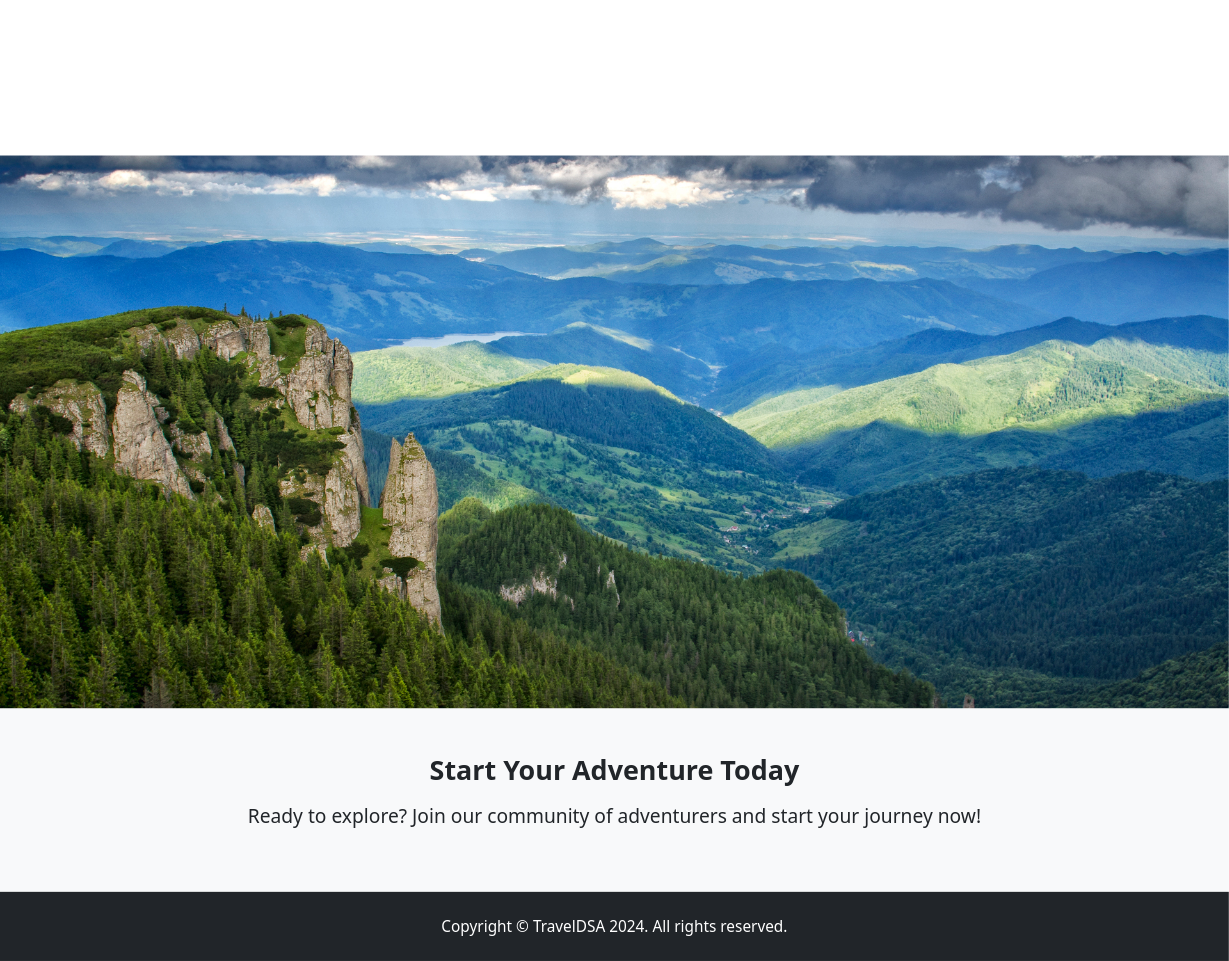
Repository: bettowww/TravelDSA
Page: /home
These files come from the project's save history. The page is drawn as it stood at one moment and after the next save; the edit follows.
The browser window is 1280 px wide. The pictures show the whole page, at 96% of full size.
The project was rebuilt for these pictures with package versions that can differ from the ones it lists, and the page was loaded fresh each time. The framework's server and built-in components were replaced by stand-ins that run in the browser. Also part of the build but not shown: next.config.mjs.

Above is the page before, as saved 2024-12-10 14:03:25.

### app/home/page.jsx
"use client";

// import React, { useState } from "react";
// import { useRouter } from "next/navigation";

import "../../styles/home.css"; // Importă stilurile CSS
import "bootstrap/dist/css/bootstrap.min.css"; // Import Bootstrap CSS

const HomePage = () => {
  // const router = useRouter(); // Pentru navigare

  return (
    <div>
      {/* Header Section */}
      <header>
        <div className="text-center my-5">
          <h1 className="text-white fs-3 fw-bolder">
            Welcome to TravelDSA
          </h1>
          <p className="text-white-50 mb-0">
            Your trusted travel companion for exploring the world.
          </p>
        </div>
      </header>

      {/*Picture section */}
      <section
        style={{
          backgroundImage: `url("/pictures/homepage.jpg")`,
          backgroundSize: "cover",
          backgroundPosition: "center",
          backgroundRepeat: "no-repeat",
          minHeight: "80vh", // Ensure the section spans at least the full height of the viewport
        }}
      >
      </section>


      {/* Call to Action Section */}
      <section className="py-5 bg-light">
        <div className="container text-center">
          <h3 className="fw-bold mb-3">Start Your Adventure Today</h3>
          <p className="lead">
            Ready to explore? Join our community of adventurers and start your
            journey now!
          </p>
        </div>
      </section>

      {/* Footer */}
      <footer className="py-4 bg-dark">
        <div className="container">
          <p className="m-0 text-center text-white">
            Copyright &copy; TravelDSA 2024. All rights reserved.
          </p>
        </div>
      </footer>
    </div>
  );
};

export default HomePage;

Loaded but not shown: styles/home.css (library)

After the next save:
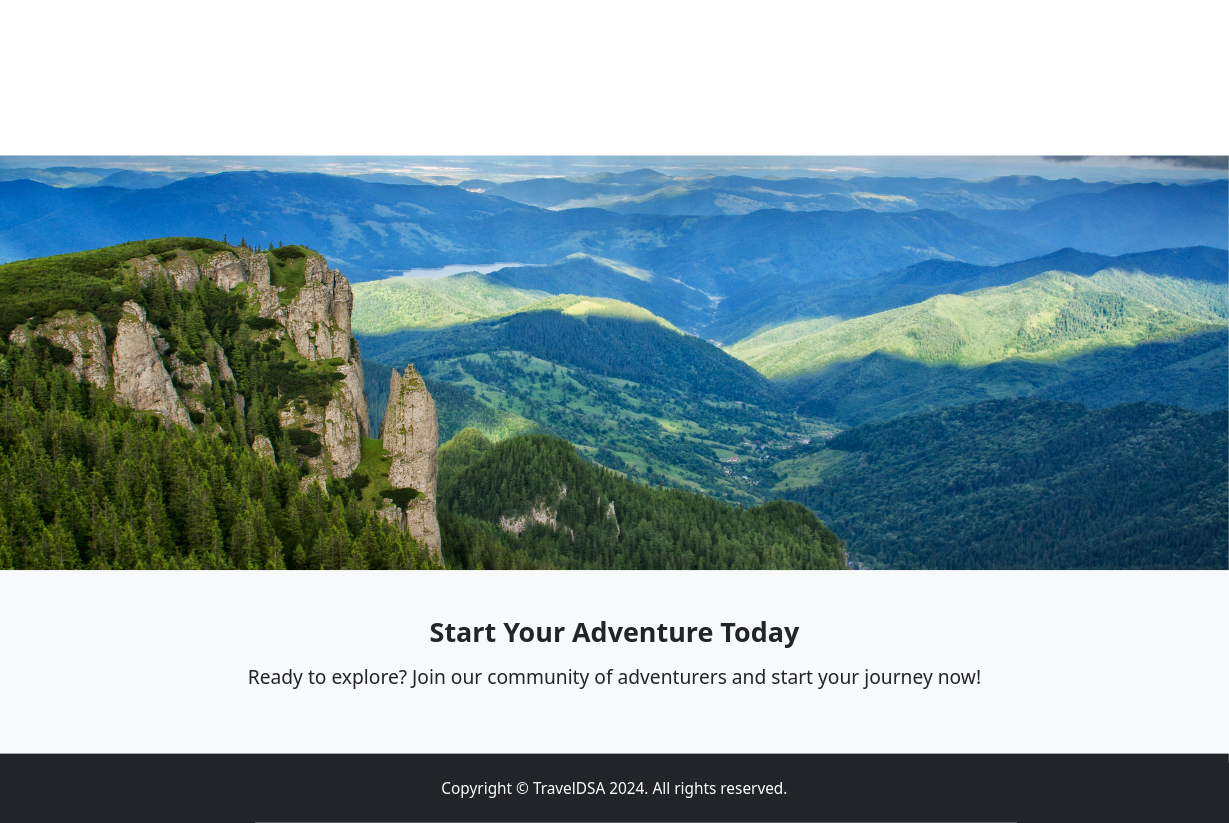
Saved 4 s later.
--- a/app/home/page.jsx
+++ b/app/home/page.jsx
@@ -30,7 +30,7 @@ const HomePage = () => {
           backgroundSize: "cover",
           backgroundPosition: "center",
           backgroundRepeat: "no-repeat",
-          minHeight: "80vh", // Ensure the section spans at least the full height of the viewport
+          minHeight: "60vh", // Ensure the section spans at least the full height of the viewport
         }}
       >
       </section>
